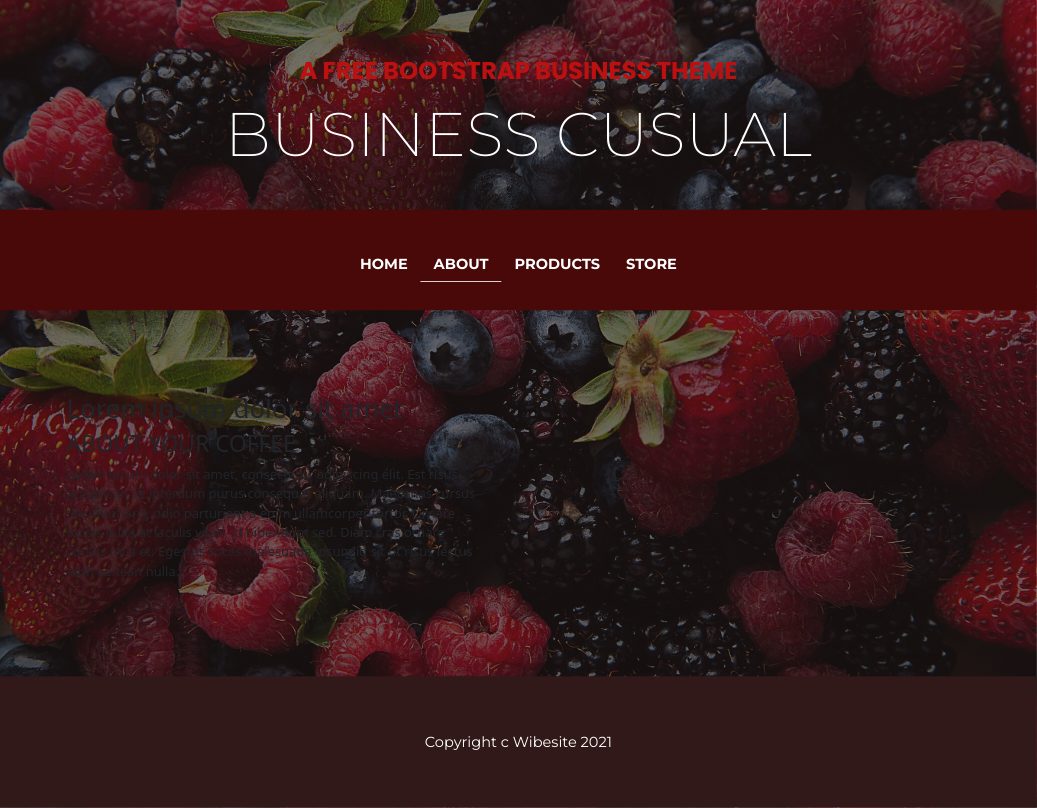
Repository: wadelfadill/tache_7_Business_bootstrap_theme
Page: about.html
An editor plug-in stored every save of this project. The page is shown before and after the next save, followed by the edit.
The browser window is 1280 px wide. The pictures show the whole page, at 81% of full size.

Above is the page before, as saved 2023-04-28 09:36:39.

After the next save:
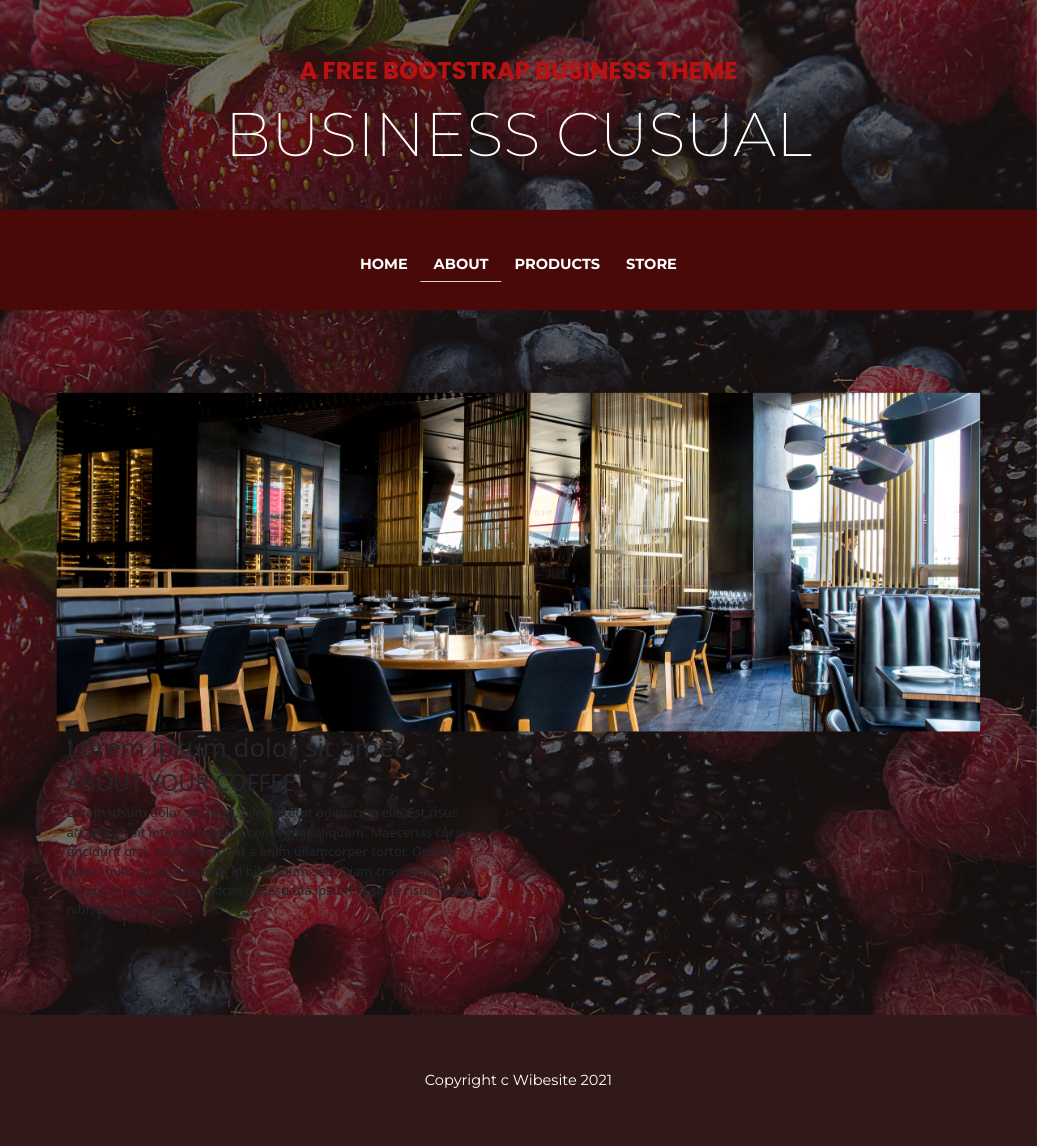
Saved 2 min 32 s later.
--- a/css/about_style.css
+++ b/css/about_style.css
@@ -16,3 +16,12 @@
     margin-top: 102px;
     margin-bottom: 102px;
 }
+#section .photo{
+    align-self: center;
+    max-width: 1168px;
+    height: 418px;
+    background: url("../images/img-tous.png");
+}
+#section .box{
+
+}
